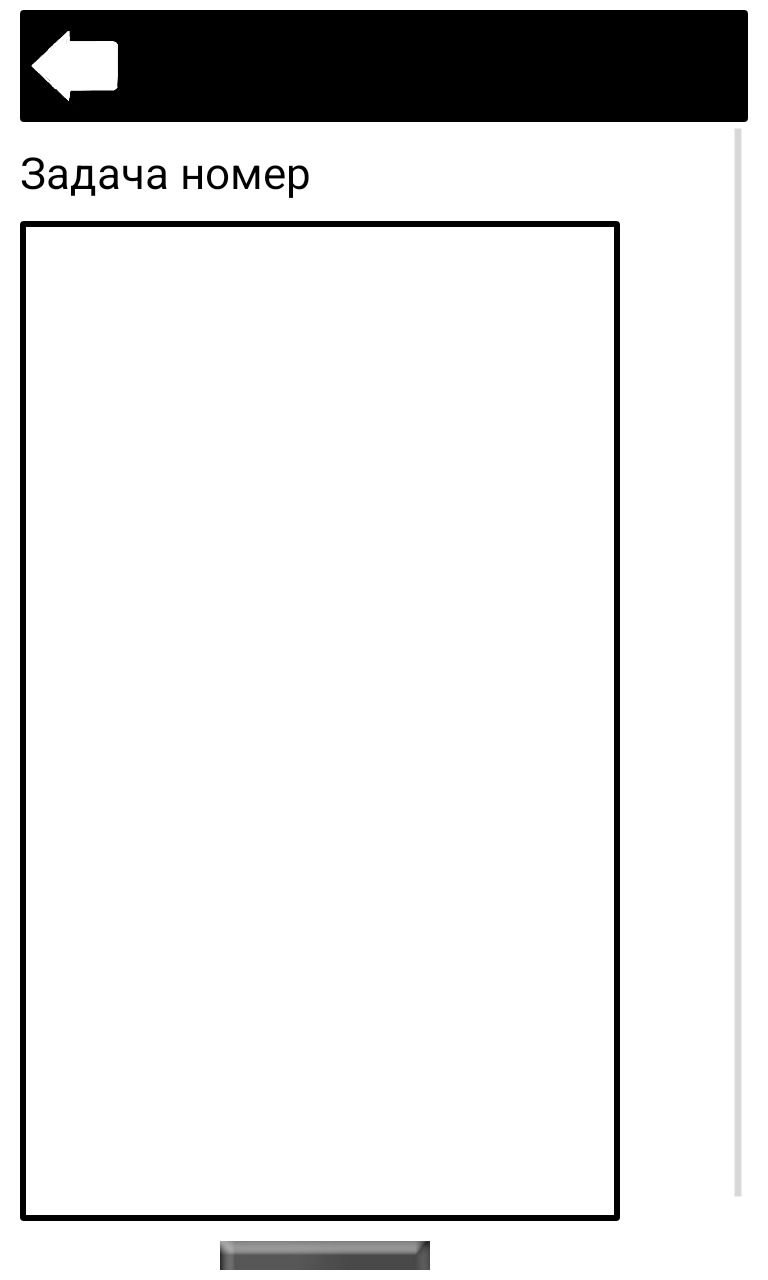
Repository: webguild/RedmineMobile
Layout: Android/RedmineAndroid/res/layout/project_task_edit.xml
The author's editor kept a copy of each file at every save. The layout is drawn from the files as they stood at one save, then again after the next save.
It is drawn on a 768 x 1280 px phone screen (xhdpi) without system bars, with theme AppTheme; the app's code is not run. Lists and similar views that code fills are empty.

Above is the layout before, as saved 2013-01-21 15:03:21.

After the next save:
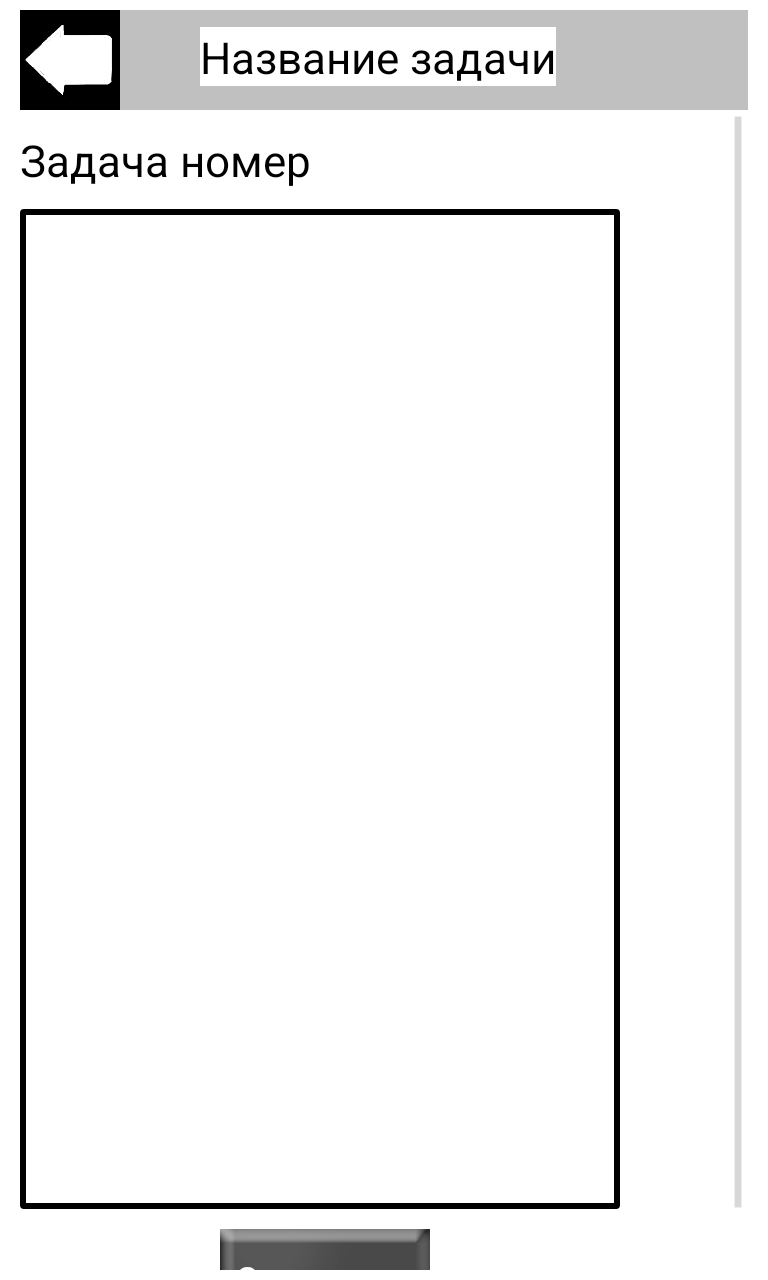
Saved 110 s later.
--- a/Android/RedmineAndroid/res/layout/project_task_edit.xml
+++ b/Android/RedmineAndroid/res/layout/project_task_edit.xml
@@ -12,7 +12,7 @@
     <LinearLayout
         android:layout_width="match_parent"
         android:layout_height="wrap_content"
-        android:background="@drawable/customborder" >
+        android:background="#C0C0C0" >
 
         <Button
             android:id="@+id/button1"
@@ -25,8 +25,10 @@
             android:layout_width="wrap_content"
             android:layout_height="wrap_content"
             android:layout_marginLeft="40dp"
+            android:background="#fff"
             android:text="Название задачи"
             android:textAppearance="?android:attr/textAppearanceLarge" />
+
     </LinearLayout>
 
     <ScrollView
